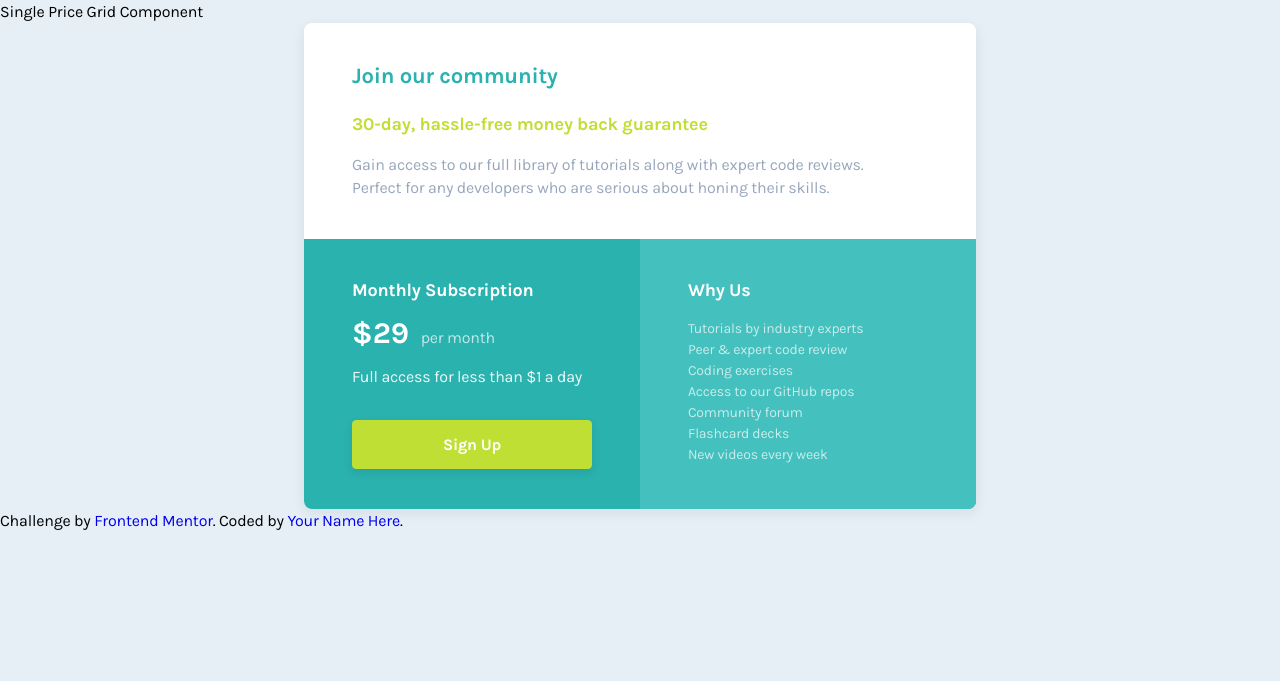
Repository: bangjuyoung/bangjuyoung
Page: practice/frontend-mentor/single-price-grid-component/index.html
An editor plug-in stored every save of this project. The page is shown before and after the next save, followed by the edit.
The browser window is 1280 px wide. The pictures show the whole page.

Above is the page before, as saved 2019-06-16 16:08:55.

After the next save:
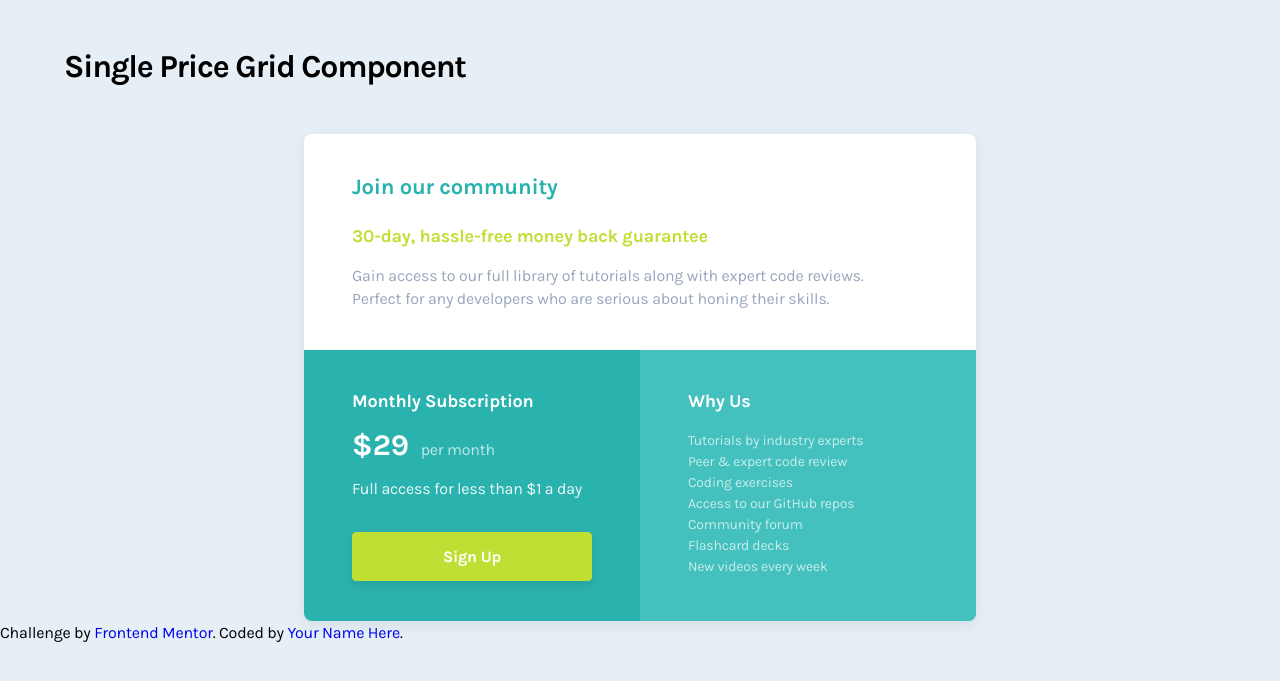
Saved 10 s later.
--- a/practice/frontend-mentor/single-price-grid-component/index.html
+++ b/practice/frontend-mentor/single-price-grid-component/index.html
@@ -15,9 +15,9 @@
   <main role="main" class="">
 
 
-    <article class="component">
-      <div class="component-header">
-        <h1 class="component-title">Single Price Grid Component</h1>
+    <article class="card">
+      <div class="card-header">
+        <h1 class="card-title">Single Price Grid Component</h1>
       </div>
       <div class="bg-white single-price">
         <div class="text-primary--gray single-price__primary">
